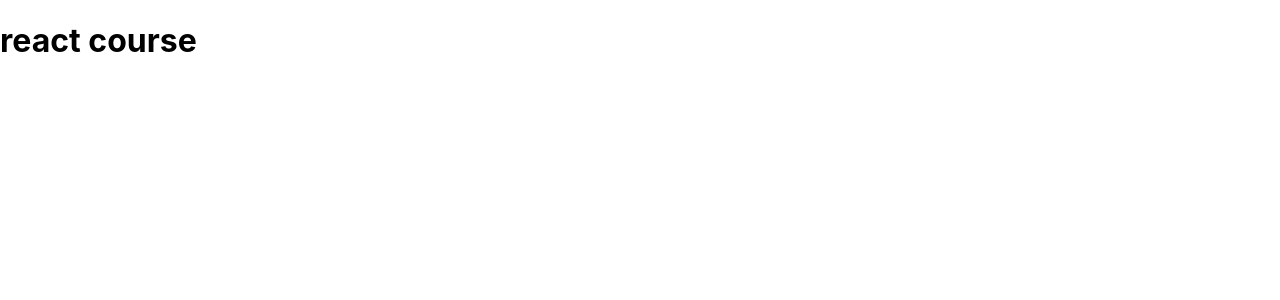
Repository: Samkiroko/task-tracker-app
Page: /
An editor plug-in stored every save of this project. The page is shown before and after the next save, followed by the edit.
The browser window is 1280 px wide. The pictures show the whole page.
The project was rebuilt for these pictures with package versions that can differ from the ones it lists, and the page was loaded fresh each time.

Above is the page before, as saved 2021-08-02 13:21:21.

After the next save:
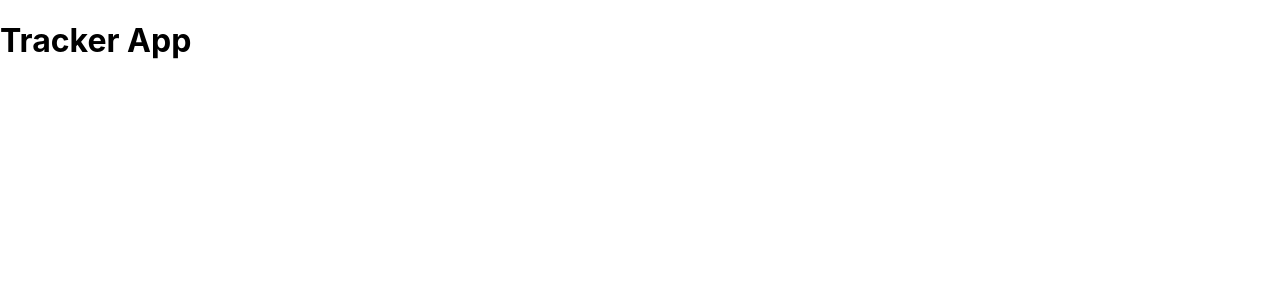
Saved 21 s later.
--- a/src/App.js
+++ b/src/App.js
@@ -1,7 +1,9 @@
+import Header from './components/Header'
+
 function App() {
   return (
     <div className='App'>
-      <h1>react course</h1>
+      <Header title='Tracker App' />
     </div>
   )
 }
